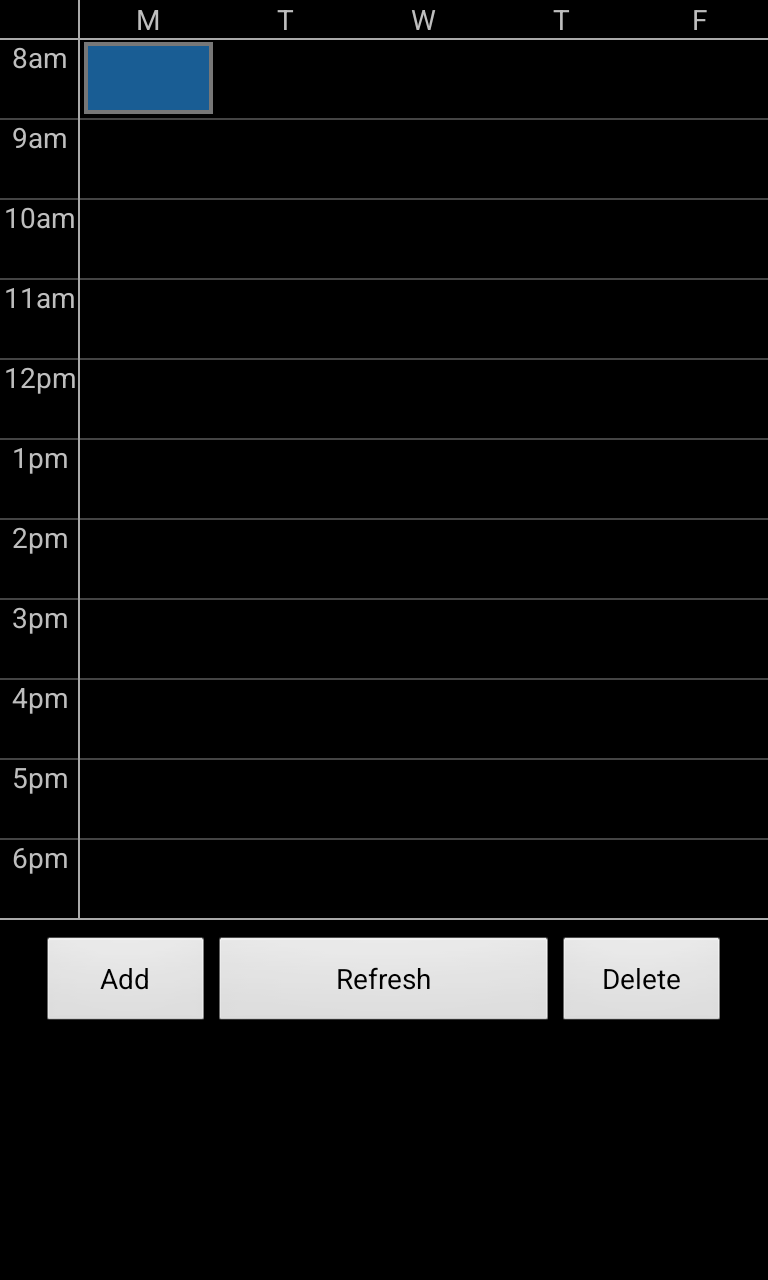
Repository: appsfactory/OfficeHours
Layout: OfficeHoursClient/res/layout/activity_schedule_view.xml
An editor plug-in stored every save of this project. The layout is shown before and after the next save, followed by the edit.
It is drawn on a 768 x 1280 px phone screen (xhdpi) without system bars, with theme AppTheme; the app's code is not run.

Above is the layout before, as saved 2012-09-27 17:59:46.

After the next save:
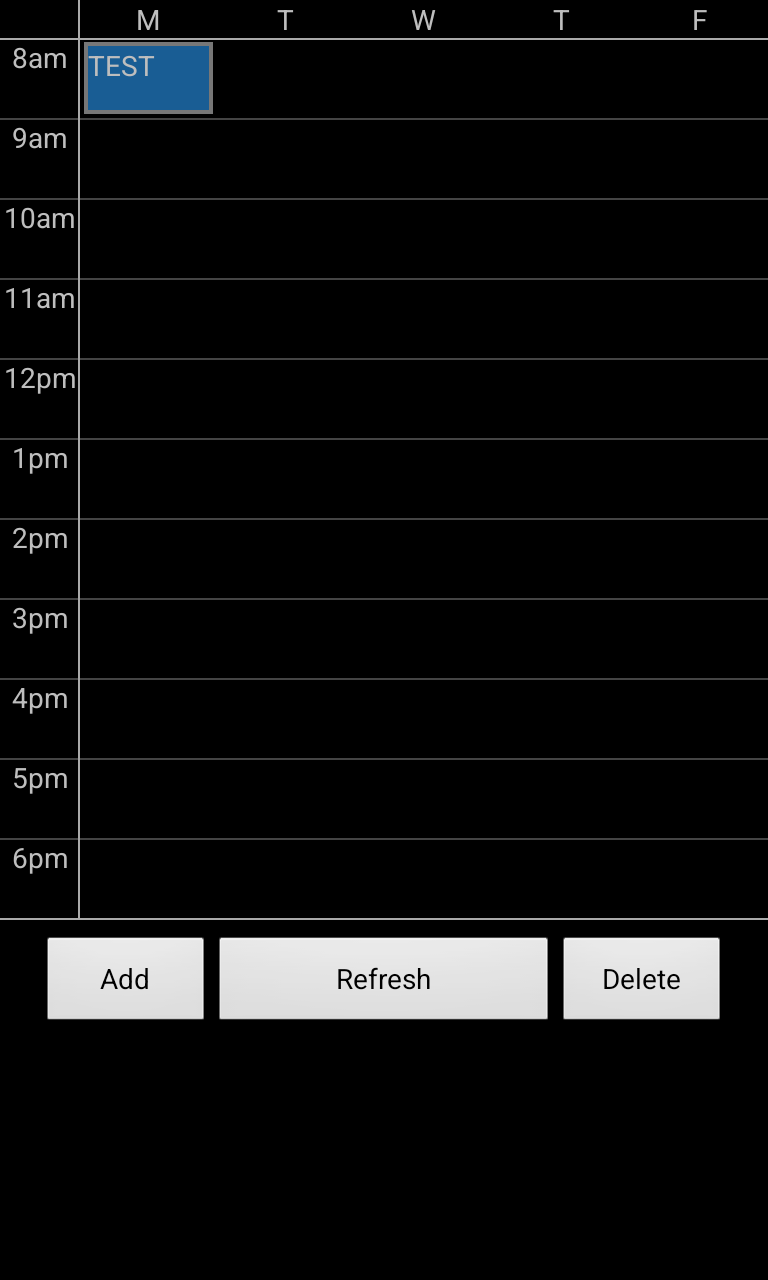
Saved 2 min 36 s later.
--- a/OfficeHoursClient/res/layout/activity_schedule_view.xml
+++ b/OfficeHoursClient/res/layout/activity_schedule_view.xml
@@ -239,6 +239,21 @@
 
 							<View android:background="#777" android:layout_width = "fill_parent" android:layout_height="36dp" android:layout_margin="2dp" />
 							<View android:background="#195D94" android:layout_width = "fill_parent" android:layout_height="32dp" android:layout_margin="4dp" />
+							<TextView
+							    android:background="#195D94"
+							    android:layout_width = "fill_parent"
+							    android:layout_height="32dp"
+							    android:layout_margin="4dp"
+							    android:text="TEST" />
+
+							<!-- <TextView
+        android:id="@+id/login_subtitle"
+        android:layout_width="wrap_content"
+        android:layout_height="wrap_content"
+        android:layout_below="@+id/login_title"
+        android:layout_centerHorizontal="true"
+        android:text="@string/login_subtitle"
+        android:textAppearance="?android:attr/textAppearanceLarge" /> -->
 
                         </RelativeLayout>
 
